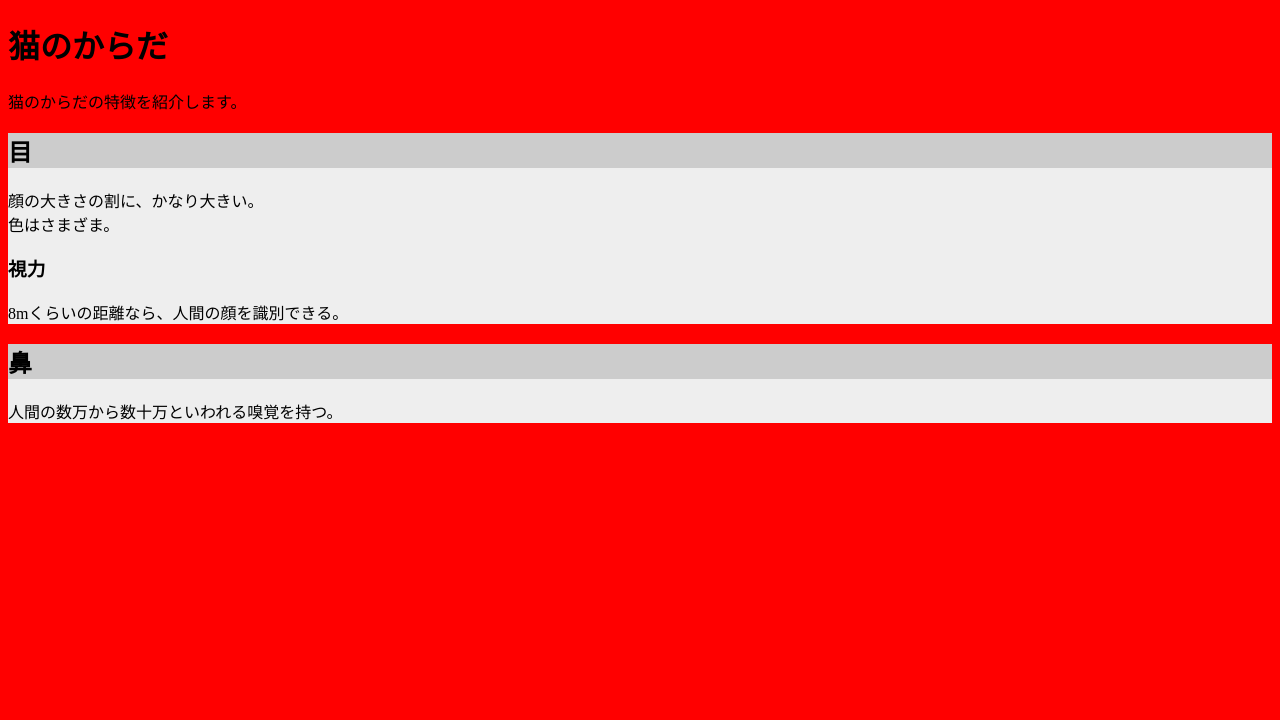
Repository: boo00kazoo/MyBlog
Page: 2-3mondai.html
The author's editor kept a record of every edit. The page is drawn from the files as they stood at one moment, then again after the next edit.
The browser window is 1280 px wide. The pictures show the whole page.

Above is the page before.

After the next edit:
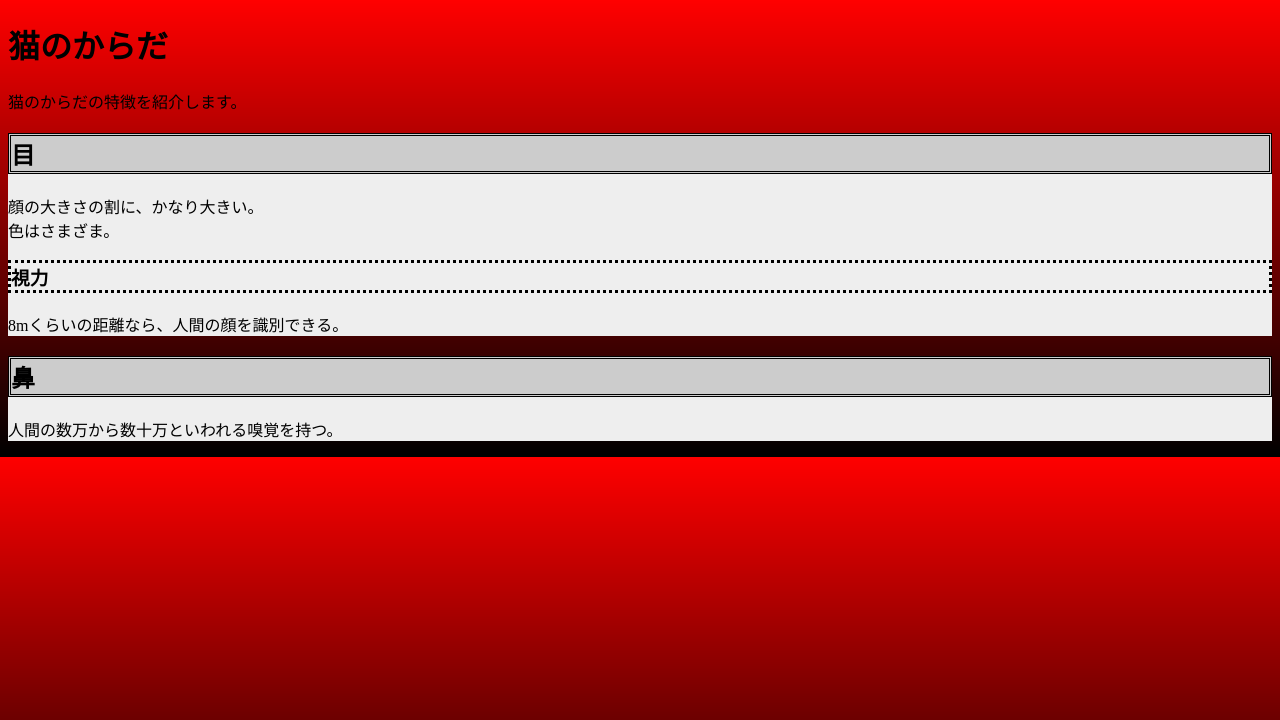
The edit:
--- a/2-3.css
+++ b/2-3.css
@@ -1,6 +1,10 @@
 div{ background-color: #eeeeee;}
-h2{ background-color: #cccccc;}
+h2{
+    border-style:double;
+    background-color: #cccccc;}
+h3{
+    border-style:dotted;}
 body{
-    background-color: #f00;
-    background-image: linear-gradient(rgba(0,0,0,0) rgba(0,0,0,75));
+    background-color:#f00;
+    background-image:linear-gradient(rgba(0,0,0,0), rgba(0,0,0,75));
 }
